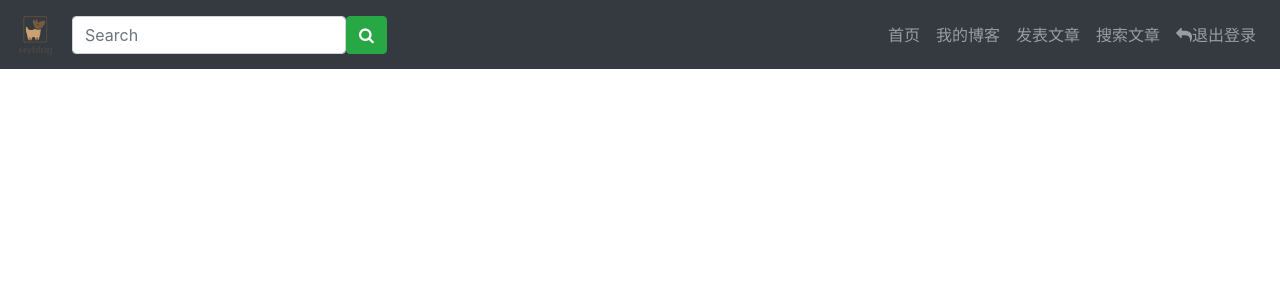
Repository: DHUAVH/Blog
Page: navigation.html
The author's editor kept a copy of each file at every save. The page is drawn from the files as they stood at one save, then again after the next save.
The browser window is 1280 px wide. The pictures show the whole page.
Some web libraries are served in a nearby version.

Above is the page before, as saved 2020-11-06 22:49:16.

After the next save:
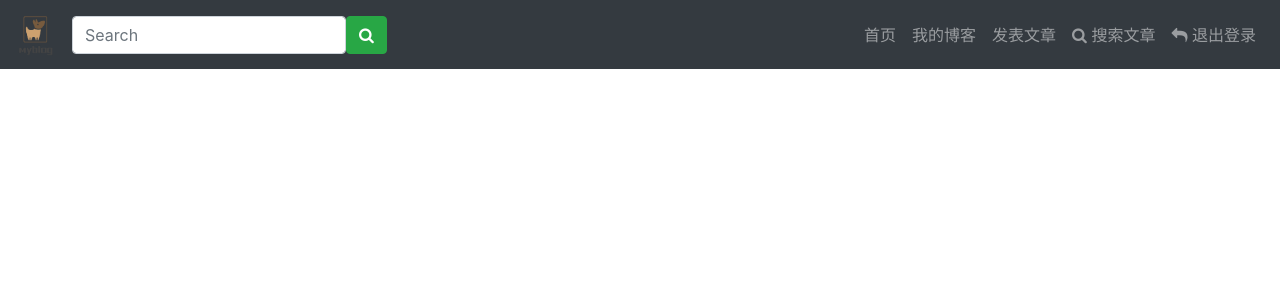
Saved 16 s later.
--- a/navigation.html
+++ b/navigation.html
@@ -37,10 +37,10 @@
             <a class="nav-link" href="add.php">发表文章</a>
          </li>
          <li class="nav-item">
-            <a class="nav-link" href=show.php>搜索文章</a>
+            <a class="nav-link" href=show.php><i class="fa fa-search"></i> 搜索文章</a>
          </li>
          <li class="nav-item">
-            <a class="nav-link" href="login.php"><i class="fa fa-reply"></i>退出登录</a>
+            <a class="nav-link" href="login.php"><i class="fa fa-reply"></i> 退出登录</a>
          </li>
       </ul>
    </nav>
